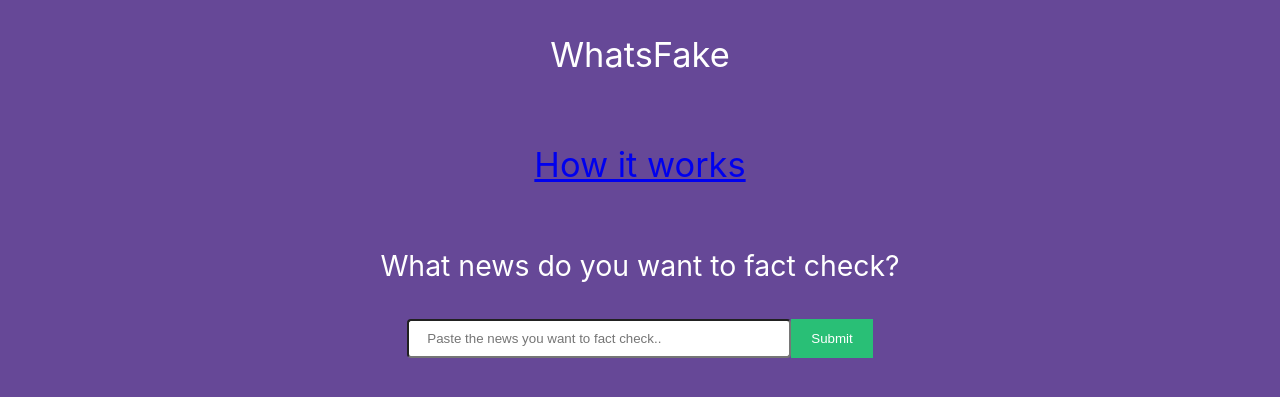
Repository: alkalox/FakeNews
Page: /
The author's editor kept a copy of each file at every save. The page is drawn from the files as they stood at one save, then again after the next save.
The browser window is 1280 px wide. The pictures show the whole page.
The project was rebuilt for these pictures with package versions that can differ from the ones it lists, and the page was loaded fresh each time.

Above is the page before, as saved 2019-04-23 19:40:52.

After the next save:
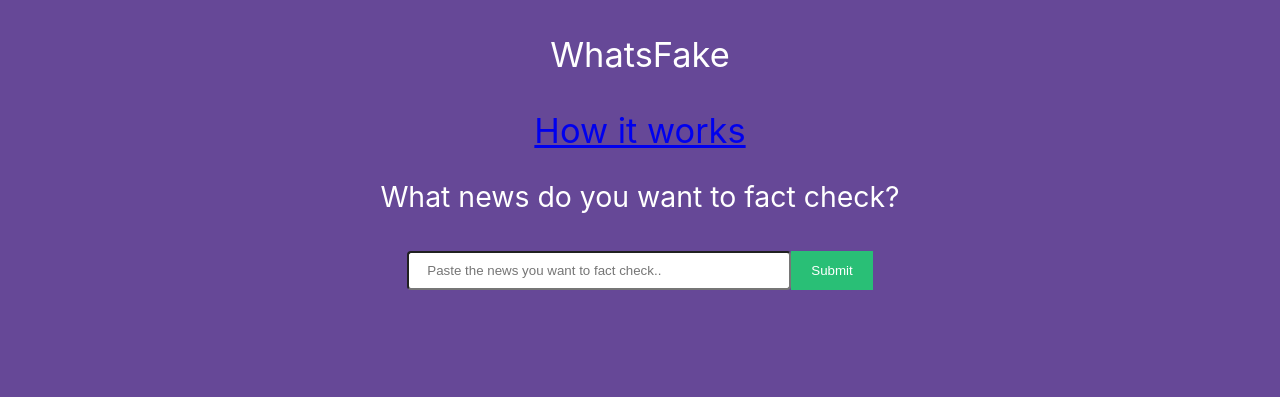
Saved 24 s later.
--- a/src/App.js
+++ b/src/App.js
@@ -54,7 +54,7 @@ class Home extends Component {
             <p>
               WhatsFake
             </p>
-            <p> <Link to="/howitworks">How it works</Link></p>
+            <Link to="/howitworks">How it works</Link>
           </header>
           <p className ="text">
             What news do you want to fact check?
